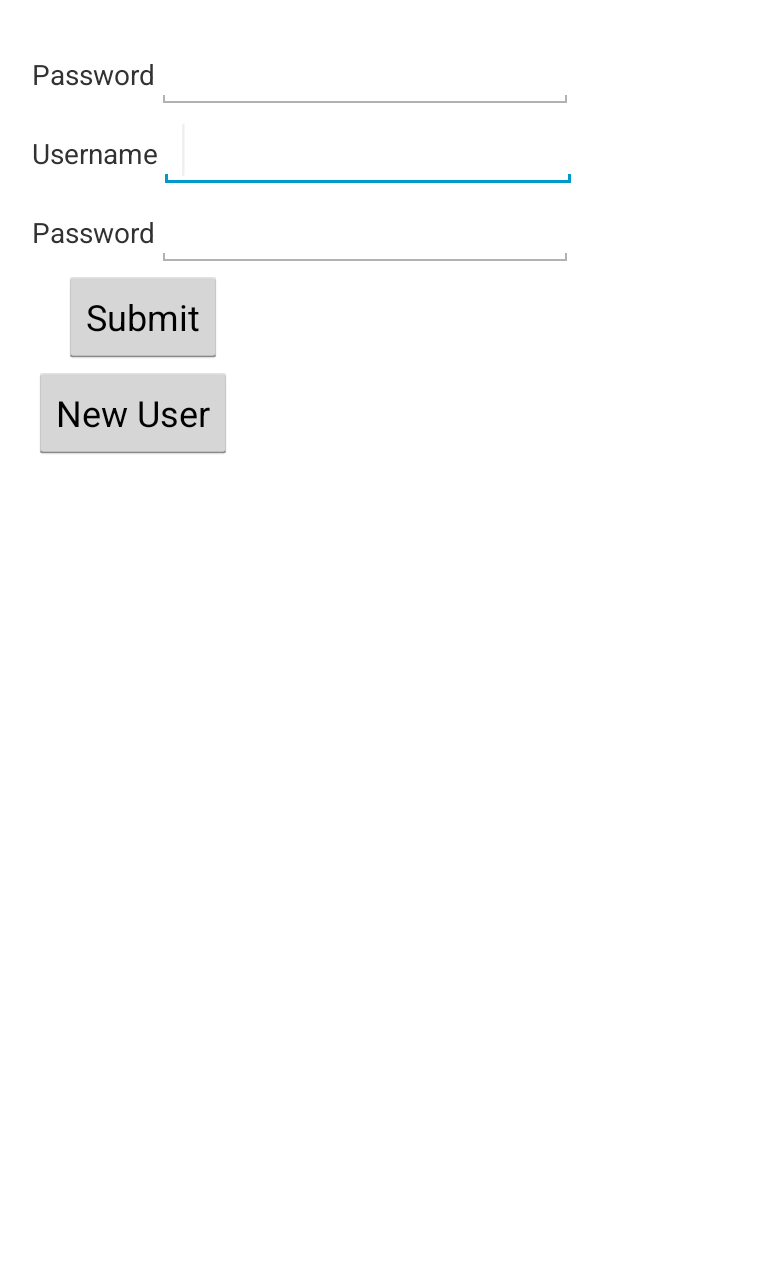
Repository: sbobra/women-startupweekend-sf
Layout: LaundryList/res/layout/activity_login.xml
These files come from the project's save history. The layout is drawn as it stood at one moment and after a run of saves; the edit follows.
It is drawn on a 768 x 1280 px phone screen (xhdpi) without system bars, with theme AppTheme; the app's code is not run.

Above is the layout before, as saved 2013-09-15 01:17:08.

### LaundryList/res/layout/activity_login.xml
<LinearLayout xmlns:android="http://schemas.android.com/apk/res/android"
    xmlns:tools="http://schemas.android.com/tools"
    android:layout_width="match_parent"
    android:layout_height="match_parent"
    android:orientation="vertical"
    android:paddingBottom="@dimen/activity_vertical_margin"
    android:paddingLeft="@dimen/activity_horizontal_margin"
    android:paddingRight="@dimen/activity_horizontal_margin"
    android:paddingTop="@dimen/activity_vertical_margin"
    tools:context=".LoginActivity" >

    <LinearLayout
        android:layout_width="wrap_content"
        android:layout_height="wrap_content"
        android:orientation="horizontal"
        android:id="@+id/passwordTextBox">

        <TextView
            android:id="@+id/textView3"
            android:layout_width="wrap_content"
            android:layout_height="wrap_content"
            android:text="Password" />

        <EditText
            android:id="@+id/passwordTextBox"
            android:layout_width="wrap_content"
            android:layout_height="wrap_content"
            android:ems="10"
            android:inputType="textPassword" />
    </LinearLayout>

    <LinearLayout
        android:layout_width="wrap_content"
        android:layout_height="wrap_content"
        android:orientation="horizontal" >

        <TextView
            android:id="@+id/textView2"
            android:layout_width="wrap_content"
            android:layout_height="wrap_content"
            android:text="Username" />

        <EditText
            android:id="@+id/usernameTextBox"
            android:layout_width="wrap_content"
            android:layout_height="wrap_content"
            android:ems="10"
            android:inputType="textEmailAddress" >

            <requestFocus />
        </EditText>
    </LinearLayout>

    <LinearLayout
        android:layout_width="wrap_content"
        android:layout_height="wrap_content"
        android:orientation="horizontal" >

        <TextView
            android:id="@+id/textView3"
            android:layout_width="wrap_content"
            android:layout_height="wrap_content"
            android:text="Password" />

        <EditText
            android:id="@+id/passwordTextBox"
            android:layout_width="wrap_content"
            android:layout_height="wrap_content"
            android:ems="10"
            android:inputType="textPassword" />
    </LinearLayout>

    <Button
        android:id="@+id/loginButton"
        android:layout_width="wrap_content"
        android:layout_height="wrap_content"
        android:layout_marginLeft="15dp"
        android:text="Submit" />

    <Button
        android:id="@+id/newAcctButton"
        android:layout_width="wrap_content"
        android:layout_height="wrap_content"
        android:text="New User" />

</LinearLayout>

Loaded but not shown: LaundryList/res/values/styles.xml (common file); LaundryList/res/values-v11/styles.xml (common file); LaundryList/res/values-v14/styles.xml (common file); LaundryList/res/values/dimens.xml (common file)

After the next 2 saves:
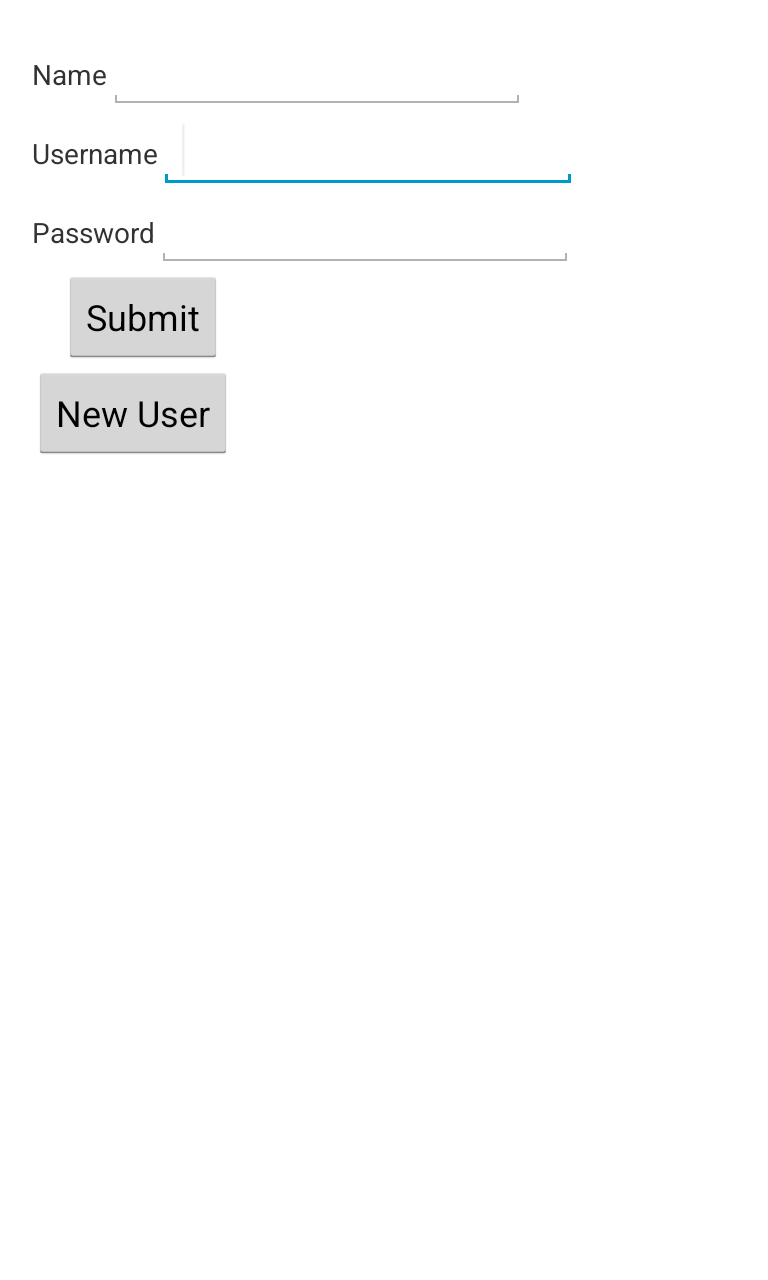
The 2 saves are shown as one change because they came seconds apart.
The last was saved 9 s later.
--- a/LaundryList/res/layout/activity_login.xml
+++ b/LaundryList/res/layout/activity_login.xml
@@ -13,13 +13,13 @@
         android:layout_width="wrap_content"
         android:layout_height="wrap_content"
         android:orientation="horizontal"
-        android:id="@+id/passwordTextBox">
+        android:id="@+id/nameLayout">
 
         <TextView
             android:id="@+id/textView3"
             android:layout_width="wrap_content"
             android:layout_height="wrap_content"
-            android:text="Password" />
+            android:text="Name" />
 
         <EditText
             android:id="@+id/passwordTextBox"
